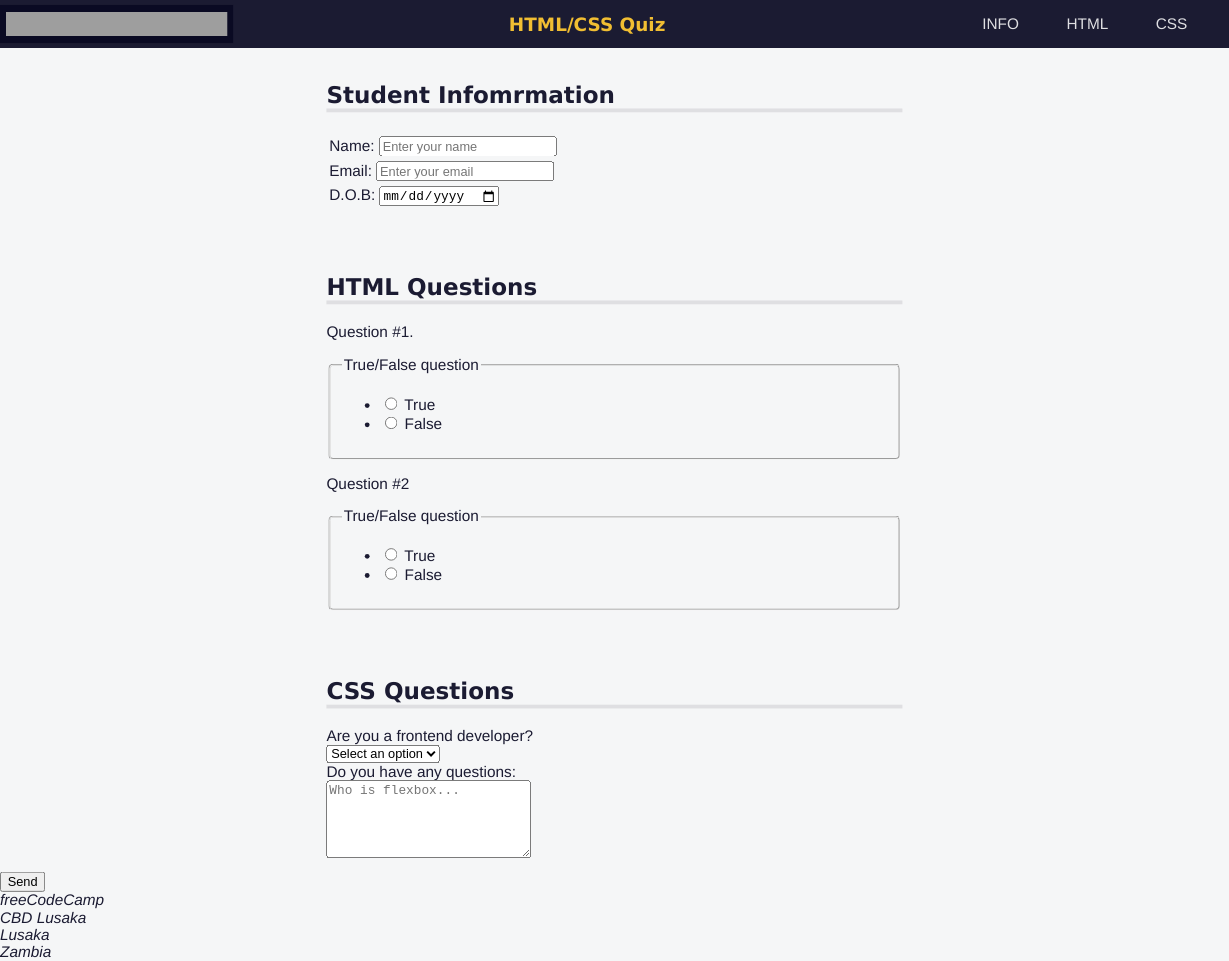
Repository: Lungdjos/accessibility_build_quiz
Page: index.html
The author's editor kept a copy of each file at every save. The page is drawn from the files as they stood at one save, then again after the next save.
The browser window is 1280 px wide. The pictures show the whole page, at 96% of full size.
Pictures or frames that could not be fetched are drawn as grey boxes.

Above is the page before, as saved 2023-10-29 23:15:26.

After the next save:
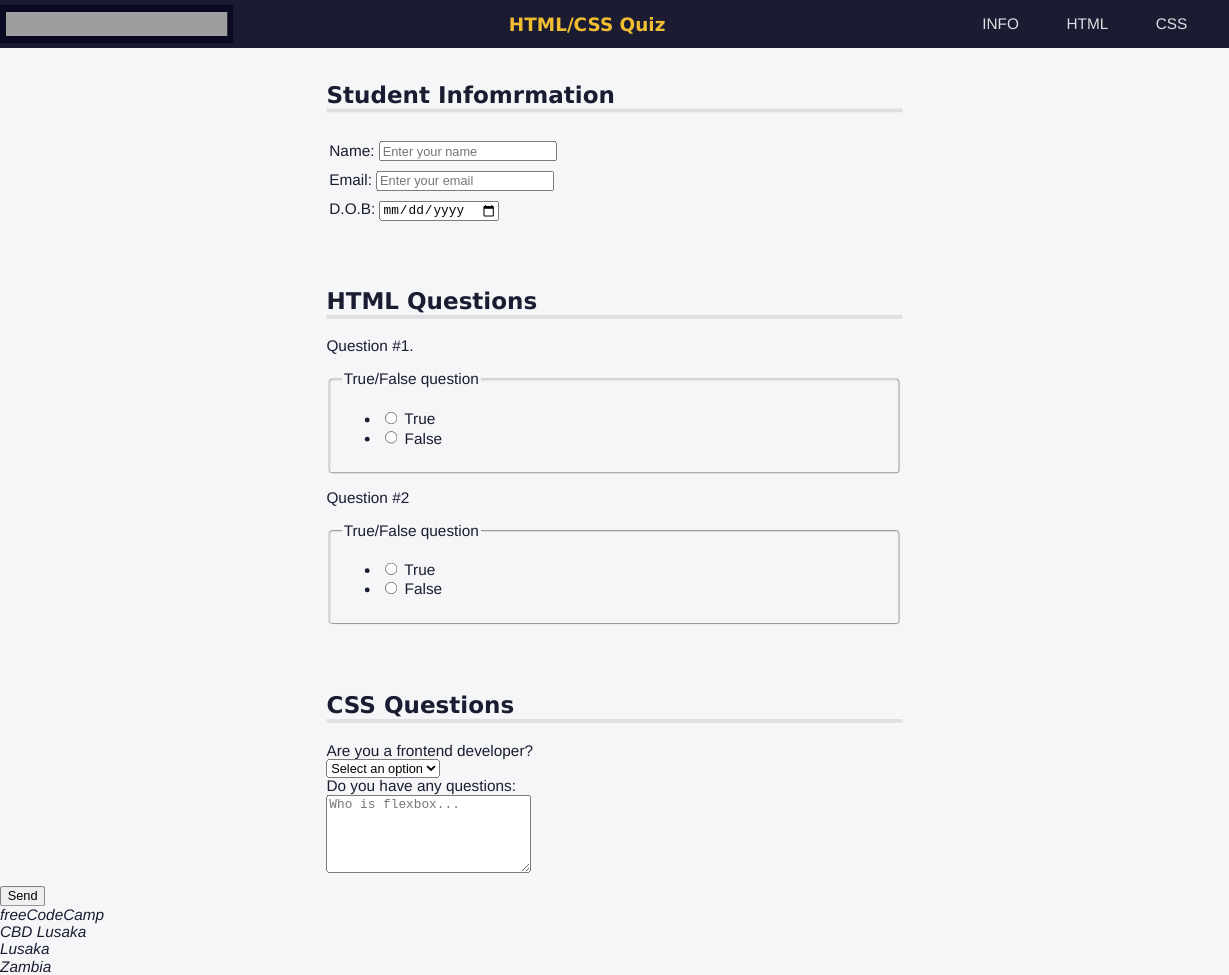
Saved 44 s later.
--- a/styles.css
+++ b/styles.css
@@ -110,5 +110,5 @@ fieldset {
 }
 
 .info {
-    padding: 5px 0 0 3px;
+    padding: 10px 0 0 3px;
 }
